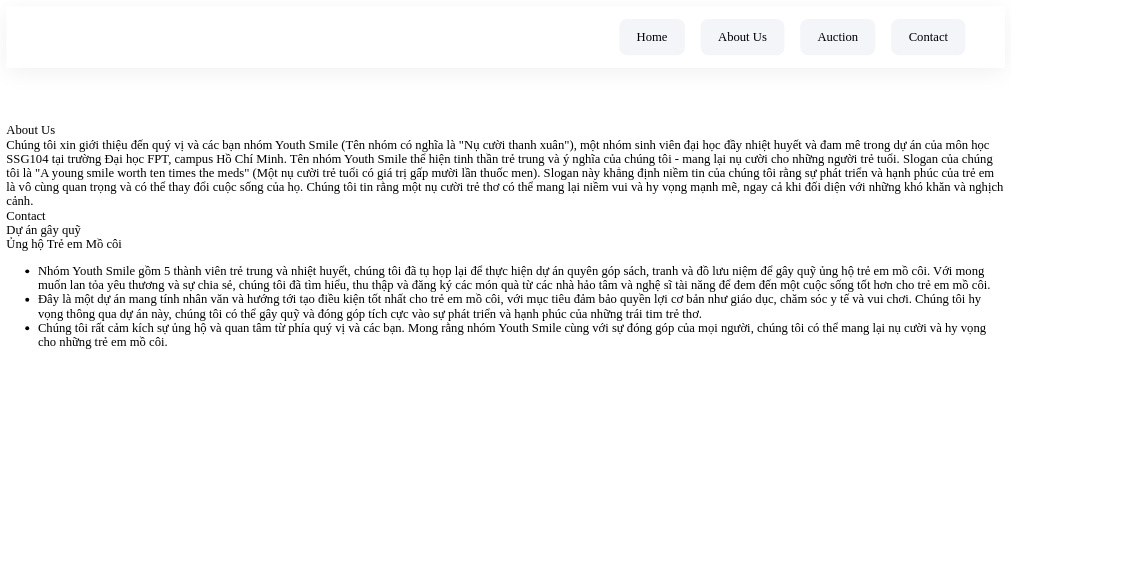
Repository: anatole24/Youth-Smile
Page: about.html
An editor plug-in stored every save of this project. The page is shown before and after the next save, followed by the edit.
The browser window is 1280 px wide. The page is 1280 px wide, then 1448 px, so the pictures cover 1448 px, including what lies to the right of the window. The pictures show the whole page, at 79% of full size.
Some web fonts or font styles are not loaded; a fallback is used.

Above is the page before, as saved 2023-06-29 14:08:32.

After the next save:
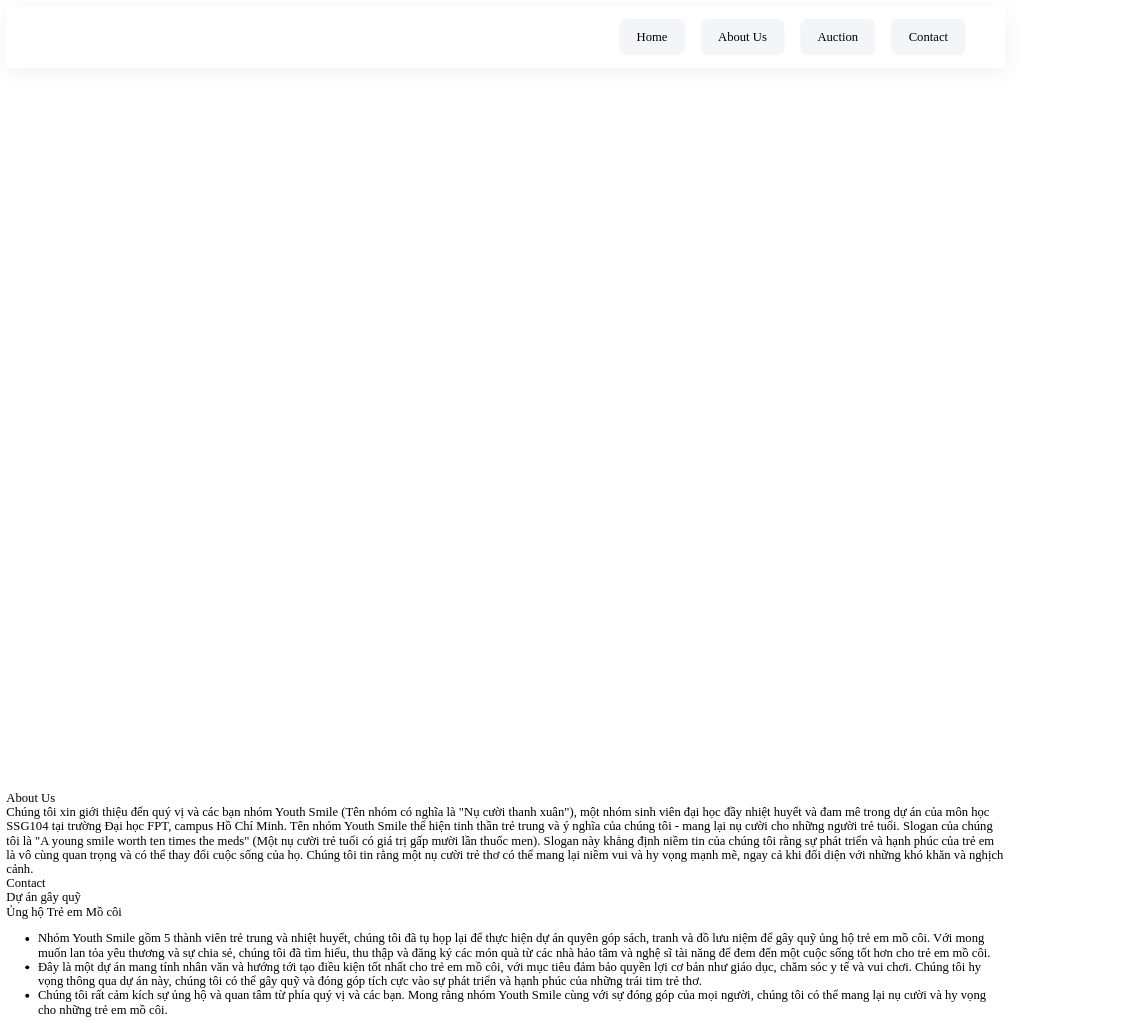
Saved 14 s later.
--- a/about.css
+++ b/about.css
@@ -1,2 +1,5 @@
 .top-img {
+  width: 1440px;
+  height: 845px;
+  flex-shrink: 0;
 }
